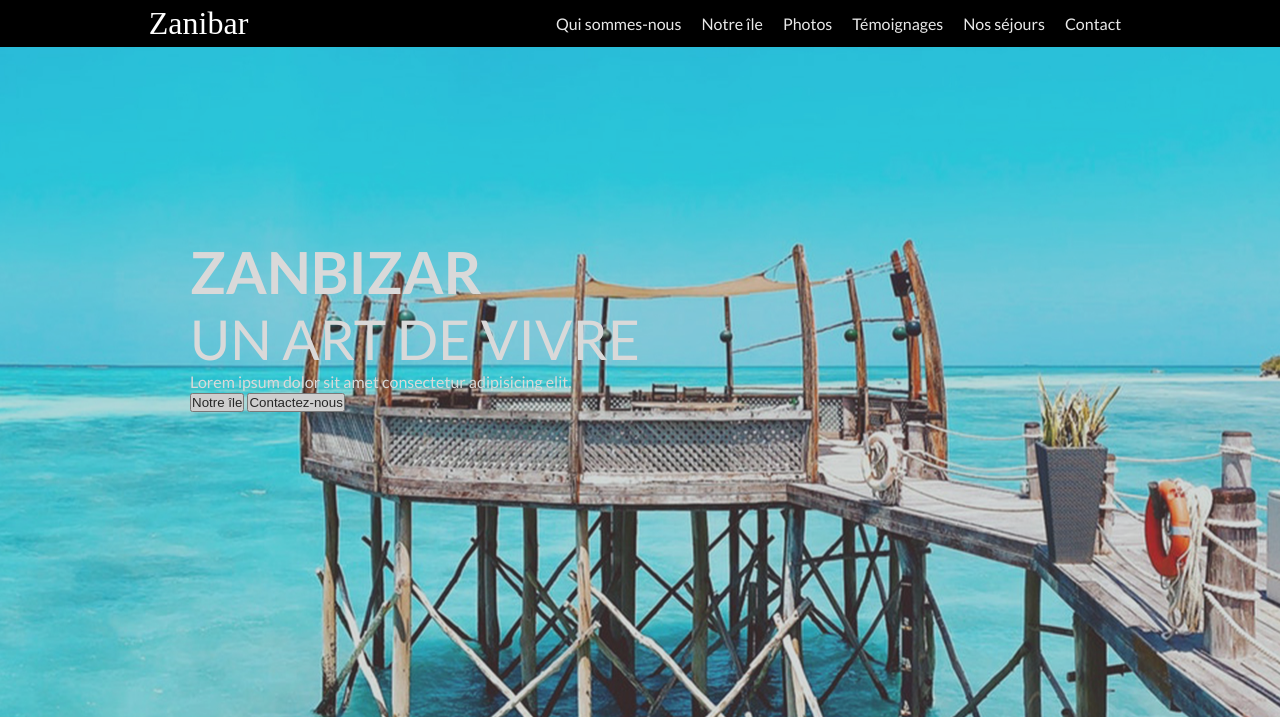
Repository: ypiard85/zanzibar
Page: index.html
An editor plug-in stored every save of this project. The page is shown before and after the next save, followed by the edit.
The browser window is 1280 px wide. The pictures show the whole page.
Some web fonts or font styles are not loaded; a fallback is used.

Above is the page before, as saved 2021-02-23 15:03:58.

### index.html
<!DOCTYPE html>
<html lang="en">
<head>
    <meta charset="UTF-8">
    <meta http-equiv="X-UA-Compatible" content="IE=edge">
    <meta name="viewport" content="width=device-width, initial-scale=1.0">
    <link rel="stylesheet" href="font/font.css">
    <link rel="stylesheet" href="./style.css">
    <link href="https://fonts.googleapis.com/css?family=Lato:300,400,700" rel="stylesheet">
    <link href="https://fonts.googleapis.com/css?family=Sanchez" rel="stylesheet">
    <title>Document</title>
</head>
<body>
    <div class="wrapper">
        <header role="header">
            <nav class="nav">
                <div class="nav_left">
                    <a href="">
                        Zanibar
                    </a>
                </div>
                <ul class="nav_link">
                    <li><a href="">Qui sommes-nous</a></li>
                    <li><a href="">Notre île</a></li>
                    <li><a href="">Photos</a></li>
                    <li><a href="">Témoignages</a></li>
                    <li><a href="">Nos séjours</a></li>
                    <li><a href="">Contact</a></li>
                </ul>
            </nav>
        </header>
        <section class="image_thumbnail">
            <div class="content_thumbnail">
                <h1 class="titlte_first">ZANBIZAR</h1>
                <h1 class="title_second">UN ART DE VIVRE</h1>
                <p>Lorem ipsum dolor sit amet consectetur adipisicing elit.</p>
                <button>Notre île</button>
                <button>Contactez-nous</button>
            </div>
        </section>
    </div>
</body>
</html>

### font/font.css
/*! Generated by Font Squirrel (https://www.fontsquirrel.com) on June 4, 2019 */



@font-face {
    font-family: 'warnesregular';
    src: url('warnes-regular-webfont.eot');
    src: url('warnes-regular-webfont.eot?#iefix') format('embedded-opentype'),
         url('warnes-regular-webfont.woff2') format('woff2'),
         url('warnes-regular-webfont.woff') format('woff'),
         url('warnes-regular-webfont.ttf') format('truetype'),
         url('warnes-regular-webfont.svg#warnesregular') format('svg');
    font-weight: normal;
    font-style: normal;

}

### style.css
:root{
    --font-family-title: "warnesregular";
    --guillemet-citation: "Sanchez", serif;
}

*{
    margin: 0;
    padding: 0;
    box-sizing: border-box;
    list-style: none;
    text-decoration: none;
}

html {
    background-color: #fff;
    font-family: "Lato", "Arial", sans-serif;
}


.nav{
    background: black;
    display: flex;
    justify-content: space-around;
    align-items: center;
    padding: 5px 0;
}

.nav *{
    color: #fff;
}

.nav_left a{
    font-family: var(--font-family-title);
    font-size: 32px;
}

.nav_link{
    display: flex;
}

.nav_link li a{
    color: rgb(233, 233, 233);
    margin: 0 10px;

}

.image_thumbnail{
    background-image: url('./header.jpg');
    filter: invert(15%);
    background-repeat: no-repeat;
    background-position: center right;
    height: 93vh;
}

.content_thumbnail{
    padding: 190px;
    color: #fff;
}

.content_thumbnail .titlte_first{
    font-size: 58px;
}

.content_thumbnail .title_second{
    font-size: 55px;
    font-weight: normal;
}

After the next save:
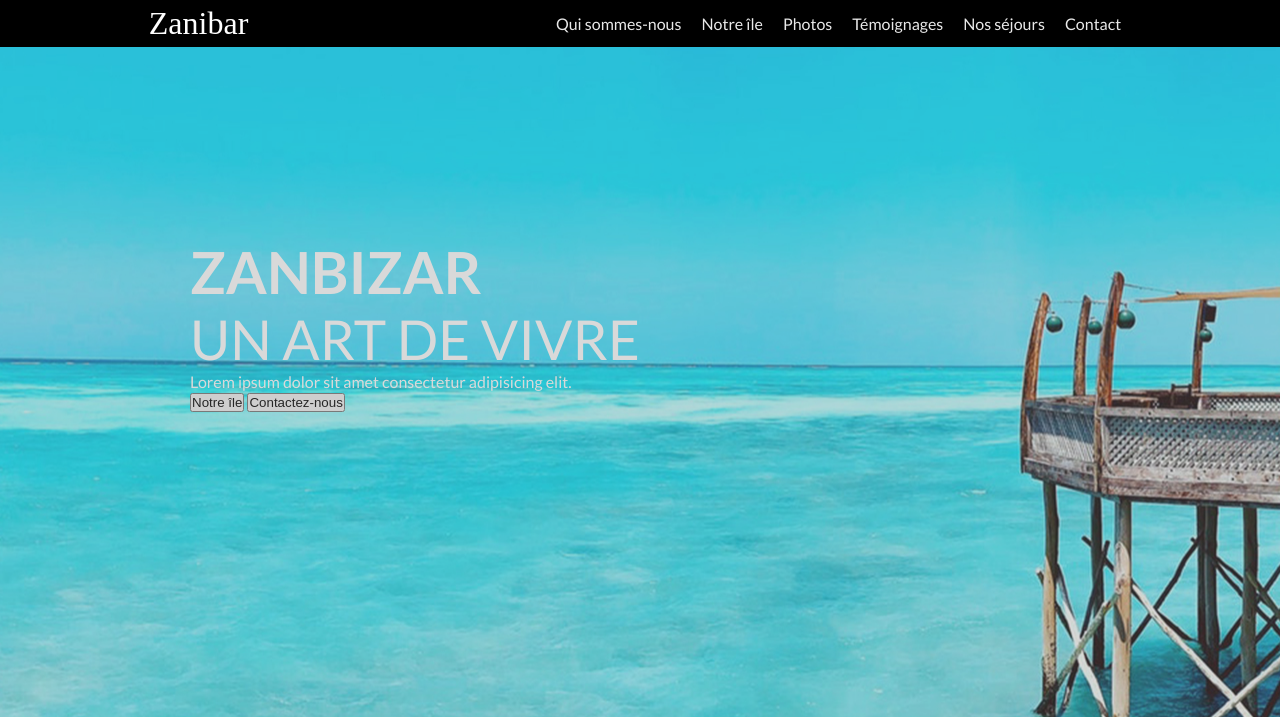
Saved 25 s later.
--- a/style.css
+++ b/style.css
@@ -48,7 +48,7 @@
     background-image: url('./header.jpg');
     filter: invert(15%);
     background-repeat: no-repeat;
-    background-position: center right;
+    background-position: center left;
     height: 93vh;
 }
 

After the save that followed:
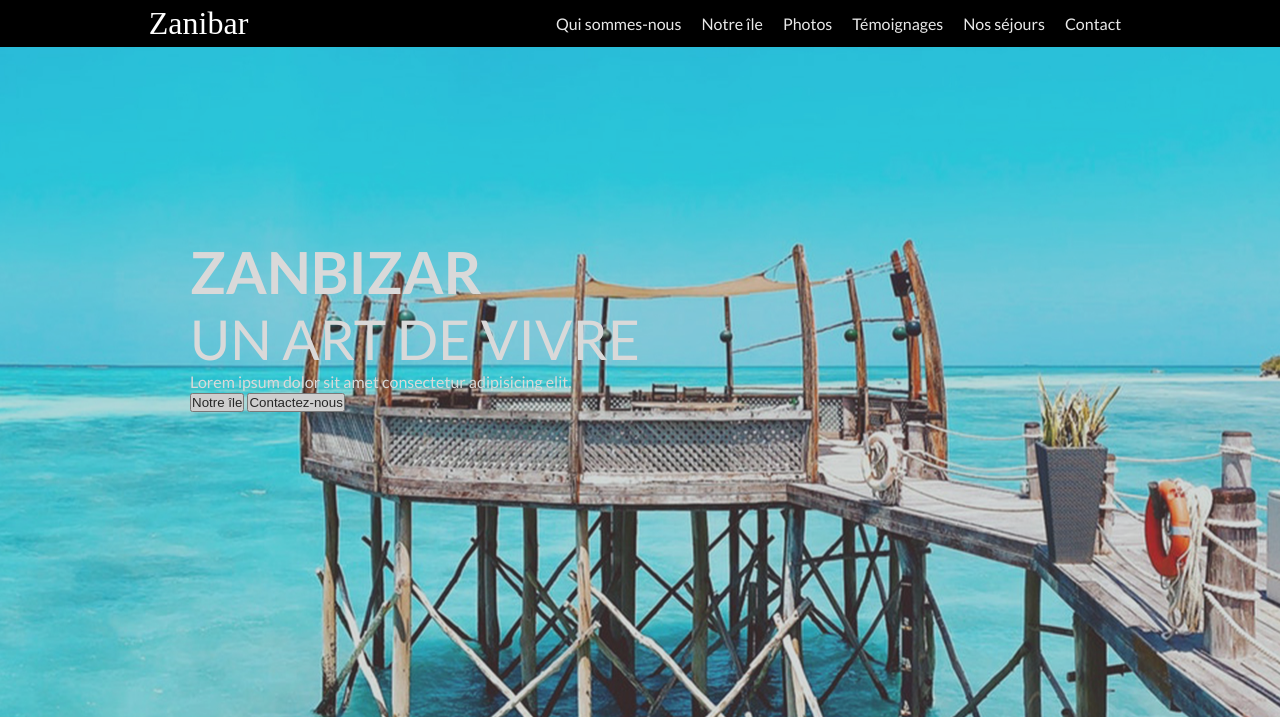
Saved 6 s later.
--- a/style.css
+++ b/style.css
@@ -48,7 +48,7 @@
     background-image: url('./header.jpg');
     filter: invert(15%);
     background-repeat: no-repeat;
-    background-position: center left;
+    background-position: center right;
     height: 93vh;
 }
 
